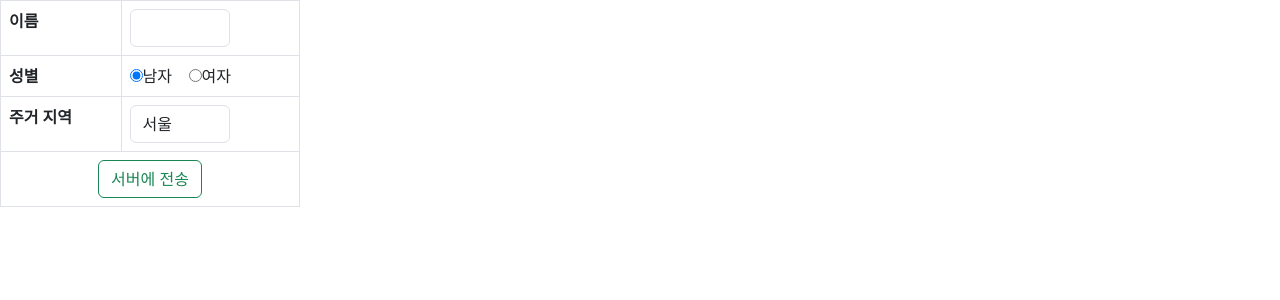
Repository: ssung2sin/sist0615_spring
Page: http://localhost/SpringMvcRead5/naver/form1
The author's editor kept a copy of each file at every save. The page is drawn from the files as they stood at one save, then again after the next save.
The browser window is 1280 px wide. The pictures show the whole page.
Some web fonts or font styles are not loaded; a fallback is used. The page is served by Tomcat 9. Other server files are loaded and not shown.

Above is the page before, as saved 2023-10-10 06:48:25.

### SpringMvcRead5/src/main/webapp/WEB-INF/day1010/form1.jsp
<%@ page language="java" contentType="text/html; charset=UTF-8"
    pageEncoding="UTF-8"%>
<%@ taglib uri="http://java.sun.com/jsp/jstl/core" prefix="c"%>
<%@ taglib uri="http://java.sun.com/jsp/jstl/fmt" prefix="fmt"%>
<!DOCTYPE html>
<html>
<head>
<meta charset="UTF-8">
<link href="https://cdn.jsdelivr.net/npm/bootstrap@5.3.0/dist/css/bootstrap.min.css" rel="stylesheet">
<link href="https://fonts.googleapis.com/css2?family=Dongle:wght@300&family=Gaegu:wght@300&family=Nanum+Pen+Script&family=Sunflower:wght@300&display=swap" rel="stylesheet">
<script src="https://code.jquery.com/jquery-3.7.0.js"></script>
<title>Insert title here</title>
</head>
<body>
<form action="read1" method="post">
	<table class="table table-bordered" style="width: 300px;">
		<tr>
			<th wid>이름</th>
			<td><input type="text" class="form-control" name="name" style="width:100px;"></td>
		</tr>
		<tr>
			<th>성별</th>
			<td>
				<input type="radio" name="gender" value="남자" checked>남자
				&nbsp;&nbsp;
				<input type="radio" name="gender" value="여자">여자
			</td>
		</tr>
		<tr>
			<th>주거 지역</th>
			<td>
				<select name="addr" class="form-control" style="width: 100px;">
					<option value="서울">서울</option>
					<option value="경기">경기</option>
					<option value="대구">대구</option>
					<option value="부산">부산</option>
					<option value="제주">제주</option>
				</select>
			</td>
		</tr>
		<tr>
			<td colspan="2" align="center"><button type="submit" class="btn btn-outline-success">서버에 전송</button></td>
		</tr>
	</table>
</form>
</body>
</html>

After the next save:
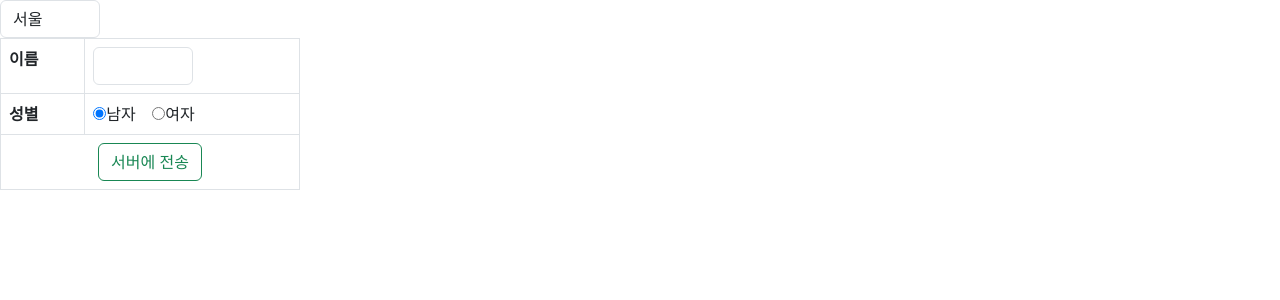
Saved 12 s later.
--- a/SpringMvcRead5/src/main/webapp/WEB-INF/day1010/form1.jsp
+++ b/SpringMvcRead5/src/main/webapp/WEB-INF/day1010/form1.jsp
@@ -26,18 +26,13 @@
 				<input type="radio" name="gender" value="여자">여자
 			</td>
 		</tr>
-		<tr>
-			<th>주거 지역</th>
-			<td>
-				<select name="addr" class="form-control" style="width: 100px;">
+		<select name="addr" class="form-control" style="width: 100px;">
 					<option value="서울">서울</option>
 					<option value="경기">경기</option>
 					<option value="대구">대구</option>
 					<option value="부산">부산</option>
 					<option value="제주">제주</option>
 				</select>
-			</td>
-		</tr>
 		<tr>
 			<td colspan="2" align="center"><button type="submit" class="btn btn-outline-success">서버에 전송</button></td>
 		</tr>
